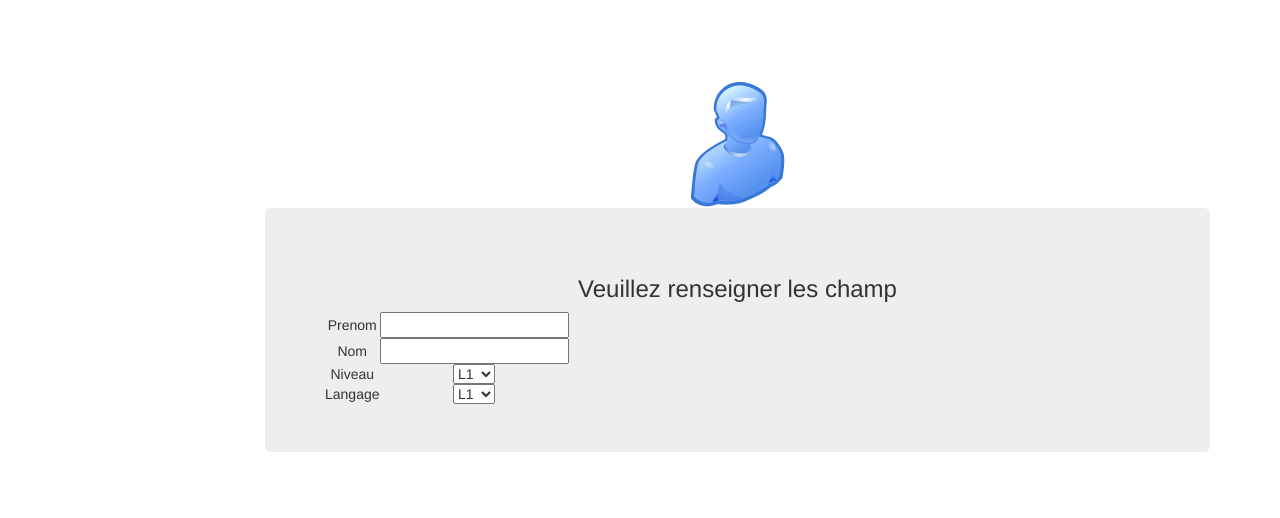
Repository: imouahrani/Gestion-des-stagiaires_JAVAEE
Page: http://localhost/Espace_Stagiaire/test3.jsp
These files come from the project's save history. The page is drawn as it stood at one moment and after the next save; the edit follows.
The browser window is 1280 px wide. The pictures show the whole page.
The page is served by Tomcat 9. Other server files are loaded and not shown.

Above is the page before, as saved 2018-07-31 13:55:57.

### Formation Java Entreprise Edition/Espace Stagiaire/WebContent/test3.jsp
<%@ page language="java" contentType="text/html; charset=UTF-8"
	pageEncoding="UTF-8"%>
<!DOCTYPE html PUBLIC "-//W3C//DTD HTML 4.01 Transitional//EN" "http://www.w3.org/TR/html4/loose.dtd">
<html lang="en">
<head>
<meta charset="utf-8">
<meta http-equiv="X-UA-Compatible" content="IE=edge">
<meta name="viewport" content="width=device-width, initial-scale=1">
<!-- The above 3 meta tags *must* come first in the head; any other head content must come *after* these tags -->
<title>Bootstrap 101 Template</title>

<!-- Bootstrap -->
<link href="Assest/css/bootstrap.min.css" rel="stylesheet">

<!-- HTML5 shim and Respond.js for IE8 support of HTML5 elements and media queries -->
<!-- WARNING: Respond.js doesn't work if you view the page via file:// -->
<!--[if lt IE 9]>
      <script src="https://oss.maxcdn.com/html5shiv/3.7.3/html5shiv.min.js"></script>
      <script src="https://oss.maxcdn.com/respond/1.4.2/respond.min.js"></script>
    <![endif]-->
</head>
<body>
	<br>
	<br>
	<br>
	<br>
	<div class="container">

		<form class="form-signin">
			<div class="row">

				<div class="col-md-2"></div>
				<div class="col-md-10">
					<div class="text-center">
						<img src="Images/user.png">
										<div class ="jumbotron">



						<h3>Veuillez renseigner les champ</h3>
						<table>

							<tr>

								<td>Prenom</td>
								<td><input type="text" name="prenom"></td>
							</tr>

							<tr>

								<td>Nom</td>
								<td><input type="text" name="nom"></td>
							</tr>
							<tr>

								<td>Niveau</td>
								<td><select name="niveau">

										<option>L1</option>
										<option>L2</option>
										<option>L3</option>
										<option>M1</option>


								</select></td>
							</tr>
							<tr>

								<td>Langage</td>
								<td><select name="langage" value="langage">

										<option>L1</option>
										<option>L2</option>
										<option>L3</option>
										<option>M1</option>


								</select></td>
							</tr>





						</table>



				</div>
				</div>
				</div>
				</div>

				</form>

			</div>




	<!-- jQuery (necessary for Bootstrap's JavaScript plugins) -->
	<script
		src="https://ajax.googleapis.com/ajax/libs/jquery/1.12.4/jquery.min.js"></script>
	<!-- Include all compiled plugins (below), or include individual files as needed -->
	<script src="Assets/js/bootstrap.min.js"></script>


</body>
</html>

Loaded but not shown: Formation Java Entreprise Edition/Espace Stagiaire/WebContent/Assets/js/bootstrap.min.js (library); Formation Java Entreprise Edition/Espace Stagiaire/WebContent/Assets/css/bootstrap.min.css (library)

After the next save:
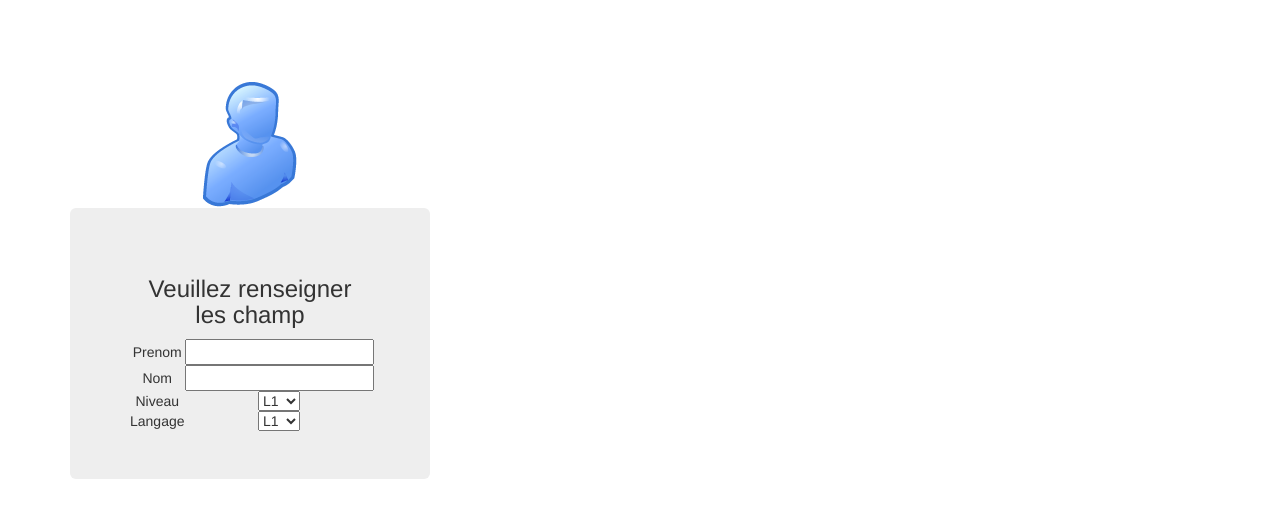
Saved 92 s later.
--- a/Formation Java Entreprise Edition/Espace Stagiaire/WebContent/test3.jsp
+++ b/Formation Java Entreprise Edition/Espace Stagiaire/WebContent/test3.jsp
@@ -29,8 +29,7 @@
 		<form class="form-signin">
 			<div class="row">
 
-				<div class="col-md-2"></div>
-				<div class="col-md-10">
+				<div class="col-md-4">
 					<div class="text-center">
 						<img src="Images/user.png">
 										<div class ="jumbotron">
@@ -93,8 +92,10 @@
 
 				</form>
 
+
 			</div>
 
+				<div class="col-md-8"></div>
 
 
 
